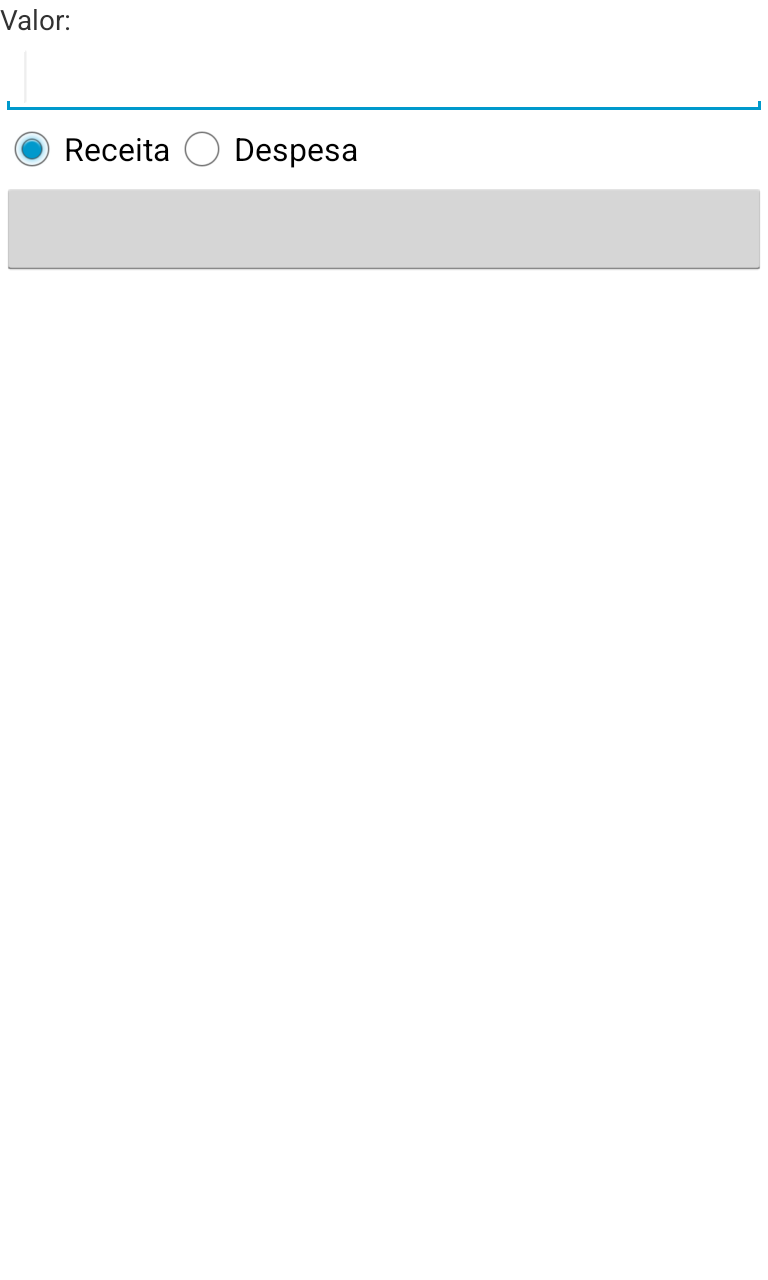
Repository: yurifialho/pos-android
Layout: Projeto10/res/layout/activity_manter_lancamento.xml
An editor plug-in stored every save of this project. The layout is shown before and after the next save, followed by the edit.
It is drawn on a 768 x 1280 px phone screen (xhdpi) without system bars, with theme AppTheme; the app's code is not run.

Above is the layout before, as saved 2014-03-22 03:17:06.

After the next save:
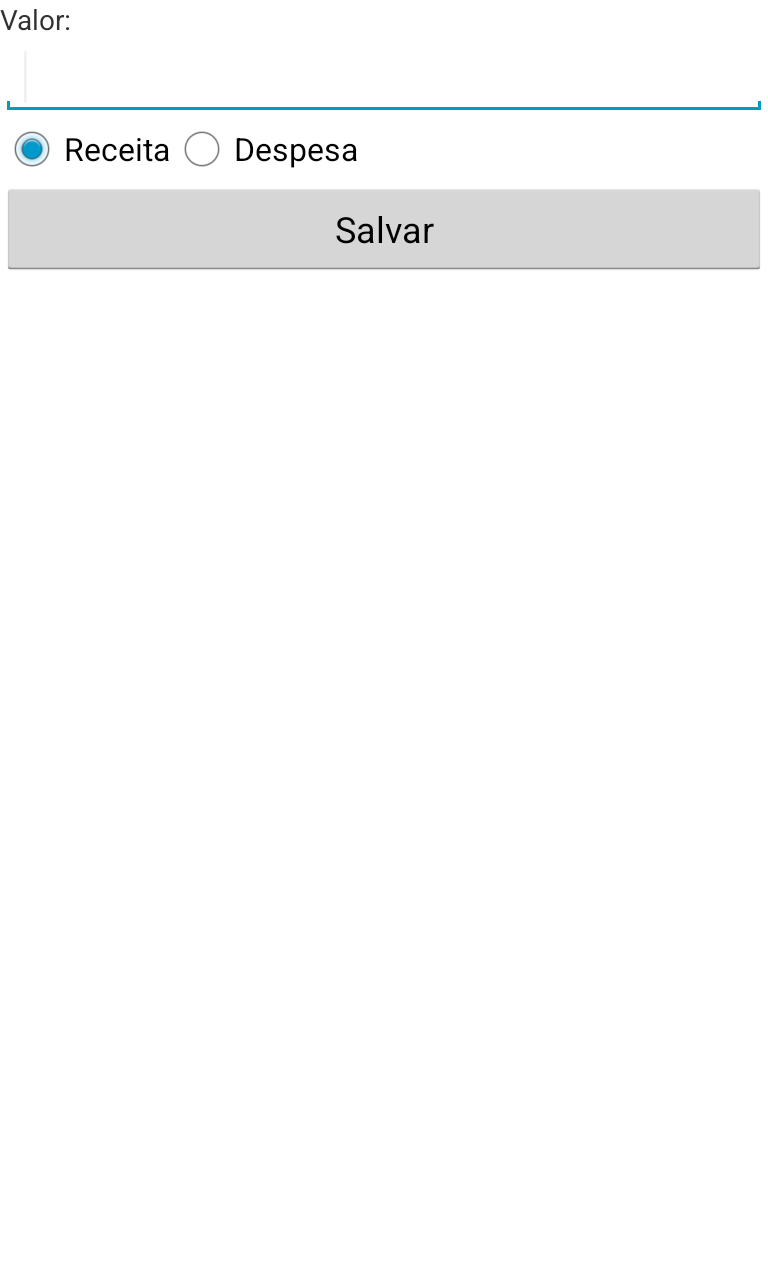
Saved 4 min 49 s later.
--- a/Projeto10/res/layout/activity_manter_lancamento.xml
+++ b/Projeto10/res/layout/activity_manter_lancamento.xml
@@ -39,5 +39,6 @@
 
 	<Button android:id="@+id/btSalvar"
 	    android:layout_width="fill_parent"
-	    android:layout_height="wrap_content"/>
+	    android:layout_height="wrap_content"
+	    android:text="Salvar"/>
 </LinearLayout>
